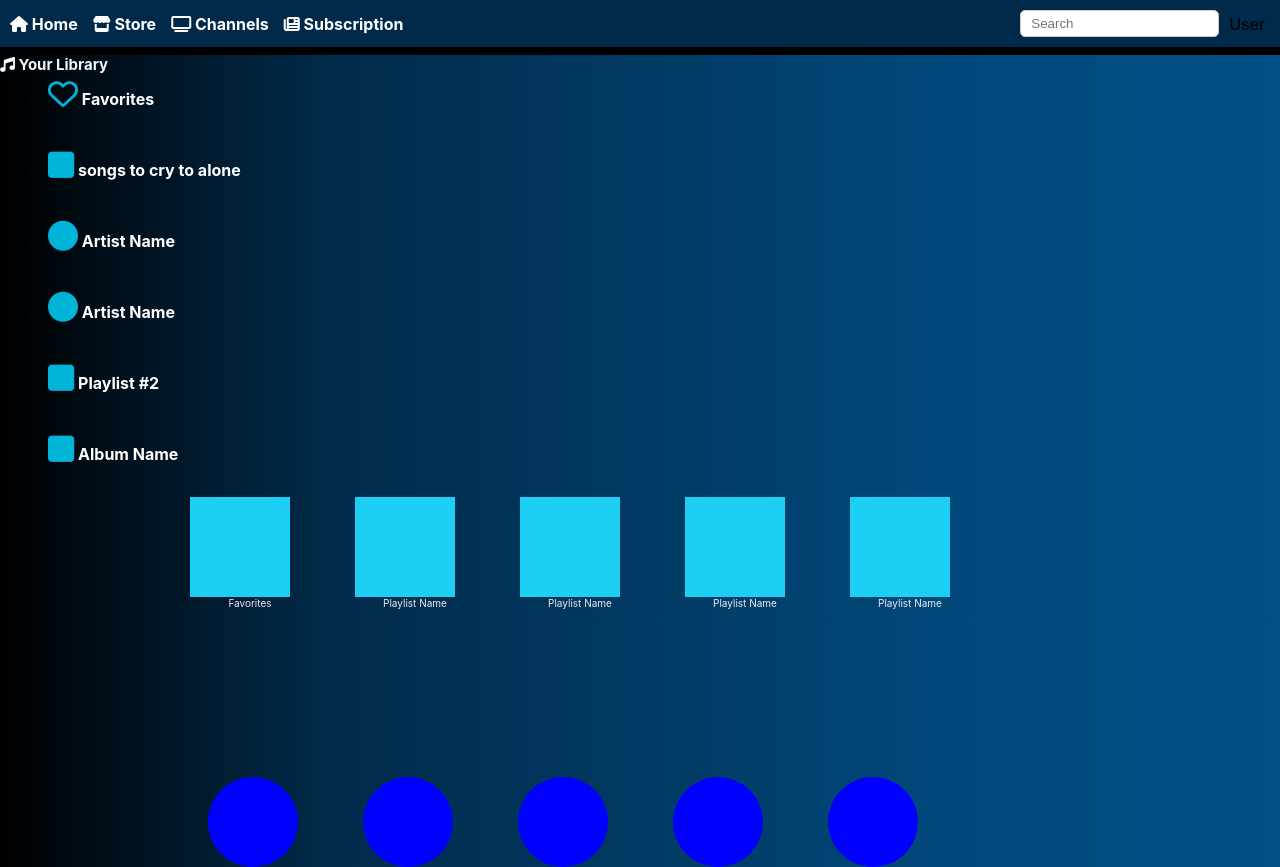
Repository: gordonnrat/group-2-project
Page: / (app in source-code/)
These files come from the project's save history. The page is drawn as it stood at one moment and after a run of saves; the edit follows.
The browser window is 1280 px wide. The pictures show the whole page.
The project was rebuilt for these pictures with package versions that can differ from the ones it lists, and the page was loaded fresh each time. Also part of the build but not shown: source-code/src/App.css, source-code/src/App.js, source-code/src/components/pages/Login.js.

Above is the page before, as saved 2023-07-29 21:33:18.

### source-code/src/index.js
import React from 'react';
import ReactDOM from 'react-dom';
import './index.css';
import reportWebVitals from './reportWebVitals';
import {
  BrowserRouter as Router,
  Routes,
  Route,
  Link
} from "react-router-dom";

import App from './App';
import Home from './components/pages/Home';
import Login from './components/pages/Login';

ReactDOM.render(
  <React.StrictMode>
    <Router>
      <Routes>
        <Route path="/" element={<Home />} />
        <Route path="/login" element={<Login />} />
        {/* Add more routes here */}
        <Route path="/group-2-project" element={<Link to="/" />} />
      </Routes>
    </Router>
  </React.StrictMode>,
  document.getElementById('root')
);

// If you want to start measuring performance in your app, pass a function
// to log results (for example: reportWebVitals(console.log))
// or send to an analytics endpoint. Learn more: https://bit.ly/CRA-vitals
reportWebVitals();

### source-code/src/index.css
body {
  margin: 0;
  font-family: -apple-system, BlinkMacSystemFont, 'Segoe UI', 'Roboto', 'Oxygen',
    'Ubuntu', 'Cantarell', 'Fira Sans', 'Droid Sans', 'Helvetica Neue',
    sans-serif;
  -webkit-font-smoothing: antialiased;
  -moz-osx-font-smoothing: grayscale;
}

code {
  font-family: source-code-pro, Menlo, Monaco, Consolas, 'Courier New',
    monospace;
}

body {
  background: linear-gradient(0.25turn,black,#012A4A, #013A63, #01497C,#014F86);


}

### source-code/src/components/pages/Home.js
// Home.js

import React from "react";
import { Link } from "react-router-dom";
import Navbar from "../Navbar";
import "./js.css";

function Home() {
  return (
    <div>
      <Navbar />
      <h1 className="top-heading">
        <i className="fas fa-music"></i> Your Library
      </h1>
      <div className="main-container">
        <div className="squares-container">
          {/* Square 1 */}
          <Link to="/favorites">
            <div className="square-container">
              <div className="text">Favorites</div>
              <div className="square square-red"></div>
            </div>
          </Link>

          {/* Square 2 */}
          <Link to="/Playlist">
            <div className="square-container">
              <div className="text">Playlist Name</div>
              <div className="square square-blue"></div>
            </div>
          </Link>

          {/* Square 3 */}
          <Link to="/Playlist">
            <div className="square-container">
              <div className="text">Playlist Name</div>
              <div className="square square-green"></div>
            </div>
          </Link>

          {/* Square 4 */}
          <Link to="/Playlist">
            <div className="square-container">
              <div className="text">Playlist Name</div>
              <div className="square square-orange"></div>
            </div>
          </Link>

          {/* Square 5 */}
          <Link to="/Playlist">
            <div className="square-container">
              <div className="text">Playlist Name</div>
              <div className="square square-purple"></div>
            </div>
          </Link>
        </div>

        <div className="circles-container">
          {/* Circle 1 */}
          <Link to="/Playlist">
            <div className="circle-container">
              <div className="circle"></div>
            </div>
          </Link>

          {/* Circle 2 */}
          <Link to="/Playlist">
            <div className="circle-container">
              <div className="circle"></div>
            </div>
          </Link>

          {/* Circle 3 */}
          <Link to="/Playlist">
            <div className="circle-container">
              <div className="circle"></div>
            </div>
          </Link>

          {/* Circle 4 */}
          <Link to="/Playlist">
            <div className="circle-container">
              <div className="circle"></div>
            </div>
          </Link>

          {/* Circle 5 */}
          <Link to="/Playlist">
            <div className="circle-container">
              <div className="circle"></div>
            </div>
          </Link>
        </div>
      </div>
    </div>
  );
}

export default Home;

### source-code/src/components/Navbar.js
import React from "react";
import { Link } from "react-router-dom";
import "./Navbar.css";
import "@fortawesome/fontawesome-free/css/all.min.css";

function Navbar() {
  return (
    <div>
      {/* Main Navbar */}
      <nav className="navbar">
        <ul className="left-nav">
          <li>
            <Link to="/">
              <i className="fas fa-home"></i> Home
            </Link>
          </li>
          <li>
            <Link to="/Store">
              <i className="fas fa-store"></i> Store
            </Link>
          </li>
          <li>
            <Link to="/Channels">
              <i className="fas fa-tv"></i> Channels
            </Link>
          </li>
          <li>
            <Link to="/Subscription">
              <i className="fas fa-newspaper"></i> Subscription
            </Link>
          </li>
        </ul>
        <div className="right-nav">
          <input type="text" placeholder="Search" />
          <div className="user-section">
            {/* Your user-related elements can go here */}
            <span>User</span>
          </div>
        </div>
      </nav>

      {/* Sidebar */}
      <aside className="sidebar">
        {/* Your sidebar content can go here */}
        <ul>
          <li>
            <Link to="/Favorites">
              <i className="far fa-heart"></i> Favorites
            </Link>
          </li>
          <li>
            <Link to="/songs to cry to alone">
              <i className="fas fa-square"></i> songs to cry to alone

            </Link>
          </li>
          {/* Add more sidebar items as needed */}

          <li>
          <Link to="/Artist Name">
              <i className="fas fa-circle"></i> Artist Name
            </Link>
            </li>


            <li>
            <Link to="/Artist Name">
              <i className="fas fa-circle"></i> Artist Name
            </Link>
            </li>

            <li>
            <Link to="/Playlist">
              <i className="fas fa-square"></i> Playlist #2
            </Link>
            </li>
            <li>
            <Link to="/Album Name">
              <i className="fas fa-square"></i> Album Name
            </Link>
            </li>













        </ul>
      </aside>
    </div>
  );
}

export default Navbar;

### source-code/src/components/pages/js.css
/* js.css */

.main-container {
  display: flex;
  flex-direction: column;
  align-items: center;
  justify-content: center;
  margin-top: 20px;
}

.squares-container {
  display: flex;
  justify-content: space-between;
  max-width: 800px;
  margin: 0 auto;
}

.square-container {
  margin-right: 65px;
  position: relative;
}

.text {
  position: absolute;
  top: 100px;
  left: 10%;
  font-size: 10px;
  color: rgb(234, 237, 240);
  transform: translateX(-50%);
}

.square {
  width: 100px;
  height: 100px;
  background-color: rgb(29, 207, 242);
  top: 300px;
  left: 30%;
  transform: translateX(-50%);
}

.top-heading {
  position: absolute;
  top: 45px;
  left: 0;
  font-size: 15px;
  color: aliceblue;
}

/* Add styles for the circles */

.circles-container {
  display: flex;
  justify-content: center;
  align-items: flex-start;
  margin-top: 20px;
}

.circle-container {
  margin-right: 155px;
  position: relative;
}

.circle {
  width: 90px;
  height: 90px;
  border-radius: 50%;
  background-color: blue; /* You can set the color for the circles */
  position: absolute;
  top: 160px; /* Adjust the vertical position of the circles below the squares */
  left: 30%; /* Horizontally center the circles */
  transform: translateX(-50%);
}

### source-code/src/components/Navbar.css

/* Navbar.css */

/* Navbar.css */

.navbar {
    background-color: #012A4A;
    padding: 10px;
    display: flex;
    justify-content: space-between;
    align-items: center;

    /* Add border line to the bottom of the navigation bar */
    border-bottom: 8px solid black; /* Replace #fff with your desired border color */
}



.left-nav {
    list-style-type: none;
    margin: 0;
    padding: 0;
    display: flex;
    align-items: center;
}

.left-nav li {
    margin-right: 15px;
}

.left-nav li:last-child {
    margin-right: 0;
}

.left-nav li a {
    text-decoration: none;
    color:white;

    font-size: 16px;
    font-weight: bold;
}

.left-nav li a:hover {
    color: white;
}

.right-nav {
    display: flex;
    align-items: center;
}

.right-nav input[type="text"] {
    padding: 5px 10px;
    border: 1px solid #ccc;
    border-radius: 5px;
    margin-right: 10px;
}

.user-section {
    display: flex;
    align-items: center;
}

.user-section span {
    margin-right: 5px;
}

.user-section img {
    width: 30px;
    height: 30px;
    border-radius: 50%;
}




  .sidebar li a {
    display: block;
    padding: 8px;
    color: white;
    text-decoration: none;
    position: relative;
  }

  .sidebar li {
    margin-bottom: 25px; /* Add space between each sidebar item */
  }

  .sidebar li a i {
    font-size: 30px;
    color: #00B4D8;
    position: relative;
    z-index: 2; /* Set z-index to place the icons in front of the border line */
  }


  .sidebar li a {
    text-decoration: none;
    color: white;
    font-size: 16px;
    font-weight: bold;
}

Loaded but not shown: source-code/public/index.html (common file); source-code/src/reportWebVitals.js (common file)

After the next 2 saves:
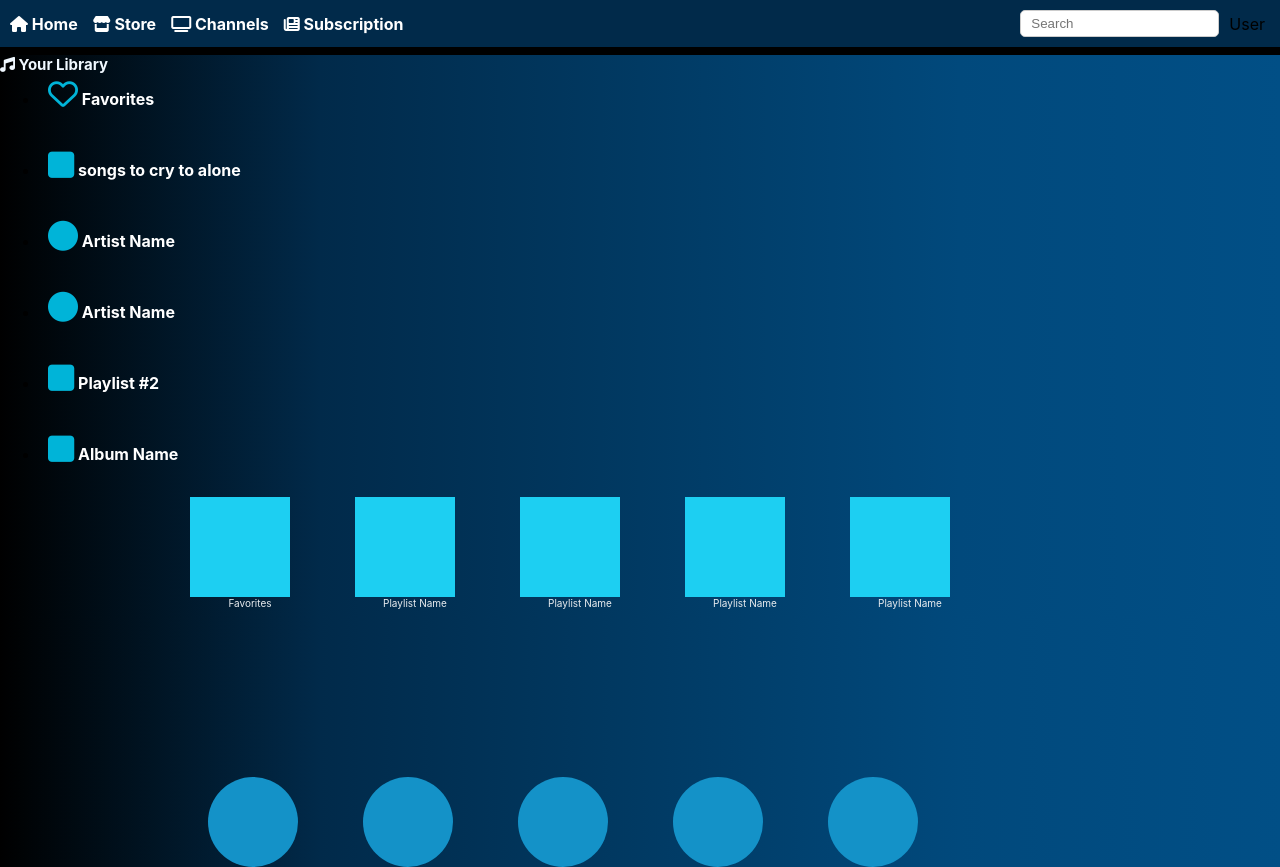
The 2 saves are shown as one change because they came seconds apart.
The last was saved 11 s later.
--- a/source-code/src/components/pages/js.css
+++ b/source-code/src/components/pages/js.css
@@ -64,7 +64,7 @@
   width: 90px;
   height: 90px;
   border-radius: 50%;
-  background-color: blue; /* You can set the color for the circles */
+  background-color: rgb(20, 146, 200); /* You can set the color for the circles */
   position: absolute;
   top: 160px; /* Adjust the vertical position of the circles below the squares */
   left: 30%; /* Horizontally center the circles */
